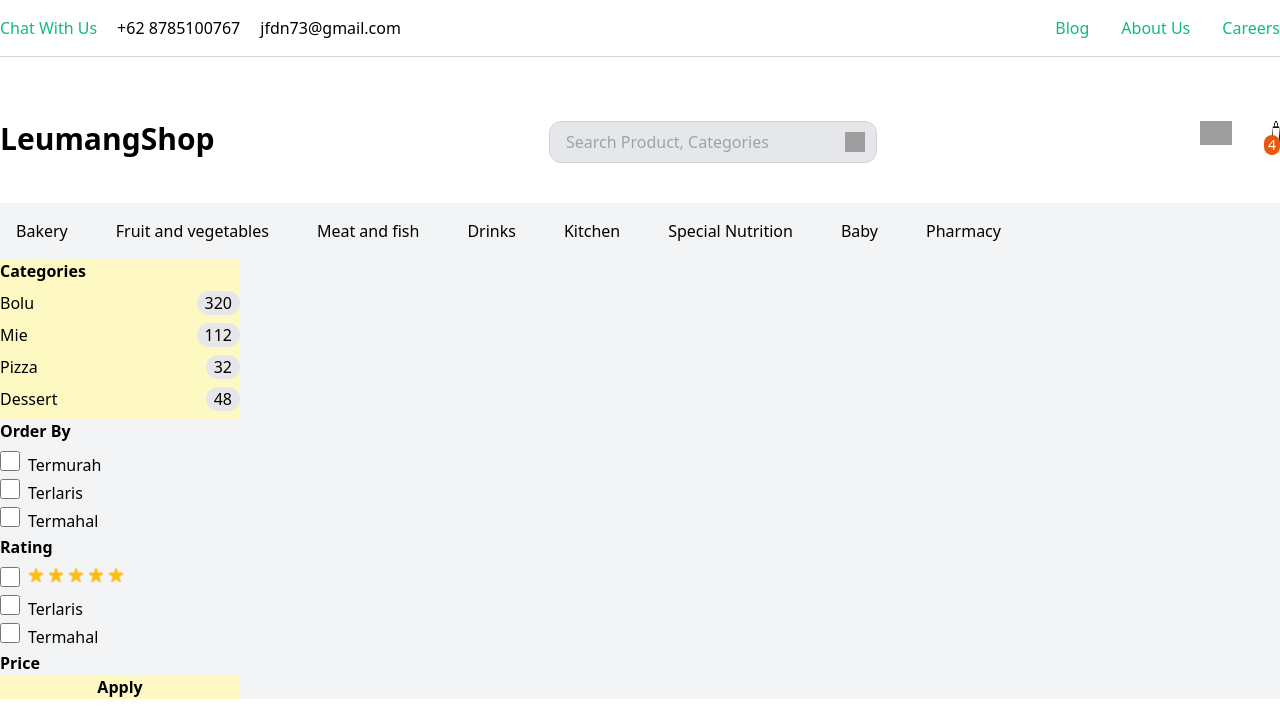
Repository: jafetdn73/ecommerce-tailwind
Page: /
These files come from the project's save history. The page is drawn as it stood at one moment and after the next save; the edit follows.
The browser window is 1280 px wide. The pictures show the whole page.
Pictures or frames that could not be fetched are drawn as grey boxes. The project was rebuilt for these pictures with package versions that can differ from the ones it lists, and the page was loaded fresh each time. Also part of the build but not shown: src/App.css.

Above is the page before, as saved 2022-03-14 01:17:42.

After the next save:
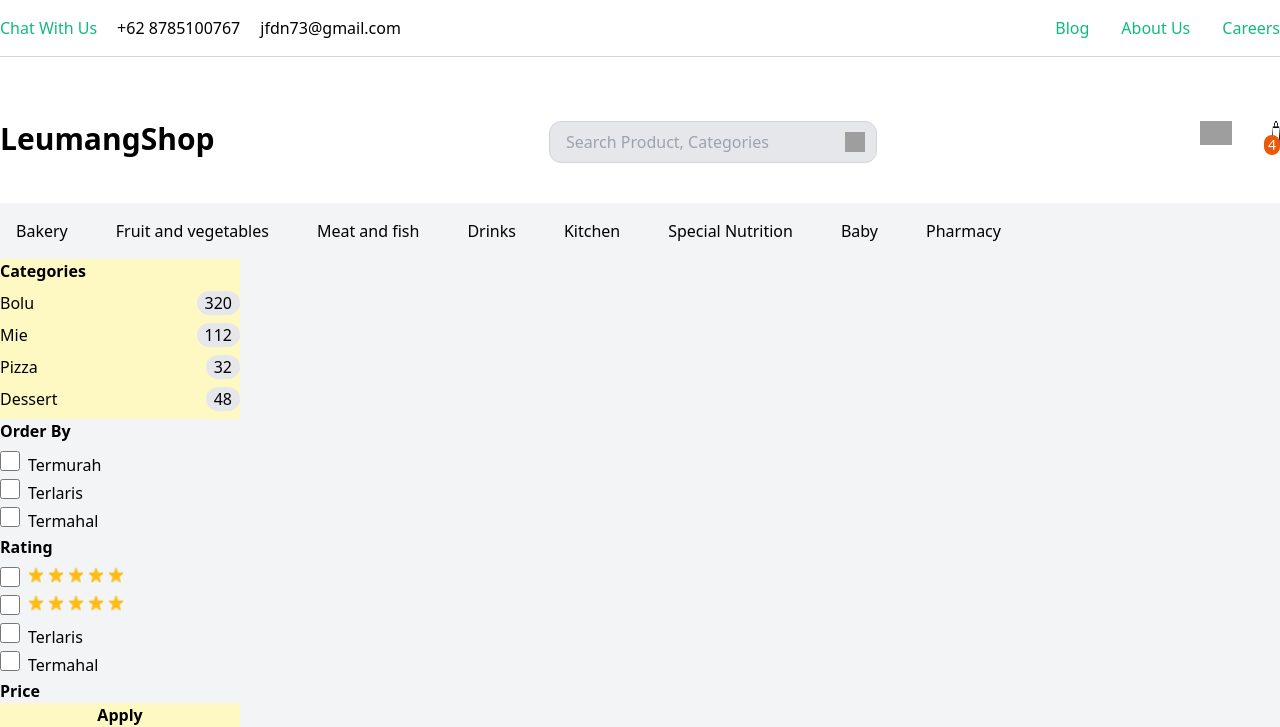
Saved 2 min 16 s later.
--- a/src/App.js
+++ b/src/App.js
@@ -105,6 +105,17 @@ function App() {
                  <img src="images/rate-star.png"/>
                  </div>
           </div>
+          <div  className="flex">
+             <input type="checkbox" className="accent-lime-700 w-5 h-5 mr-2 mb-2">
+               </input>
+               <div className="flex w-4 h-4 gap-1">
+                 <img src="images/rate-star.png"/>
+                 <img src="images/rate-star.png"/>
+                 <img src="images/rate-star.png"/>
+                 <img src="images/rate-star.png"/>
+                 <img src="images/rate-star.png"/>
+                 </div>
+          </div>
           <div>
             <input type="checkbox"  className="accent-lime-700 w-5 h-5 mr-2 mb-2"></input>
             <span>Terlaris</span>
